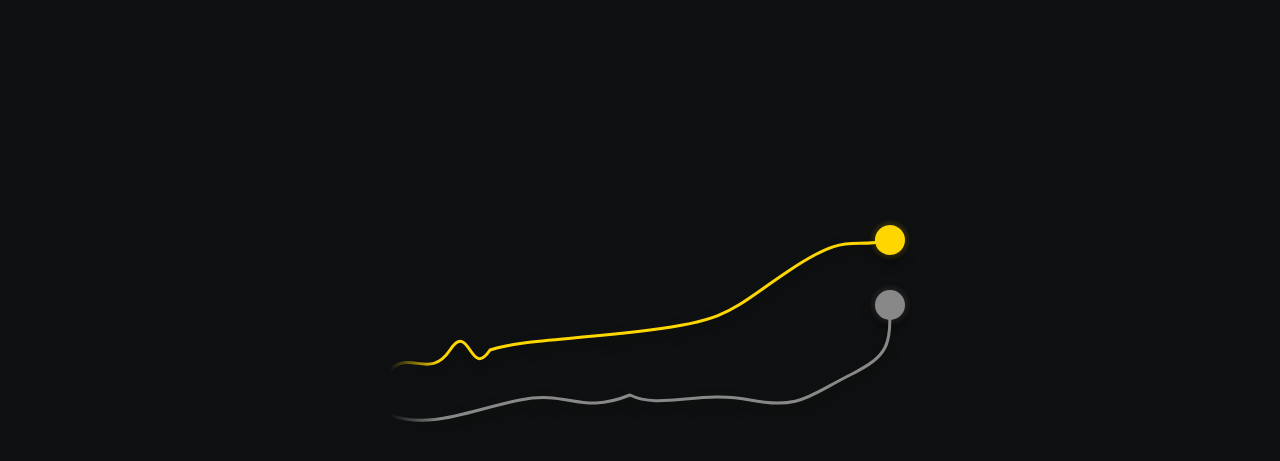
Repository: sujan0629/codelits-studio-new
Page: tesst.html
An editor plug-in stored every save of this project. The page is shown before and after the next save, followed by the edit.
The browser window is 1280 px wide. The pictures show the whole page.

Above is the page before, as saved 2025-07-09 19:04:20.

### tesst.html
<!DOCTYPE html>
<html lang="en">
<head>
  <meta charset="UTF-8" />
  <meta name="viewport" content="width=device-width, initial-scale=1" />
  <title>Graph with Snake Tail Taper Effect - Moving Balls as Markers</title>
  <style>
    body {
      margin: 0;
      background-color: #0F1011;
      display: flex;
      justify-content: center;
      align-items: center;
      height: 100vh;
    }

    svg {
      width: 600px;
      height: 300px;
      overflow: visible;
      filter: drop-shadow(0 6px 6px rgba(0,0,0,0.6));
    }

    .grey-line, .gold-line {
      stroke-width: 3;
      fill: none;
      stroke-linejoin: round;
      stroke-linecap: round;
      stroke-dasharray: 720;
      stroke-dashoffset: 720;
      animation: drawLine 5s forwards ease-in-out;
    }

    .grey-line {
      stroke: url(#greyGradient);
      transform: translateY(45px);
      marker-end: url(#greyMarker);
    }

    .gold-line {
      stroke: url(#goldGradient);
      marker-end: url(#goldMarker);
    }

    @keyframes drawLine {
      to {
        stroke-dashoffset: 0;
      }
    }
  </style>
</head>
<body>
  <svg viewBox="0 0 600 300" xmlns="http://www.w3.org/2000/svg">
    <defs>
      <!-- Gradients for glow -->
      <radialGradient id="glowGold" cx="50%" cy="50%" r="50%">
        <stop offset="0%" stop-color="#FFD700" stop-opacity="0.7" />
        <stop offset="100%" stop-color="#FFD700" stop-opacity="0" />
      </radialGradient>
      <radialGradient id="glowGrey" cx="50%" cy="50%" r="50%">
        <stop offset="0%" stop-color="#888888" stop-opacity="0.7" />
        <stop offset="100%" stop-color="#888888" stop-opacity="0" />
      </radialGradient>

      <!-- Stroke gradients -->
      <linearGradient id="goldGradient" x1="0" y1="0" x2="1" y2="0">
        <stop offset="0%" stop-color="#FFD700" stop-opacity="0" />
        <stop offset="10%" stop-color="#FFD700" stop-opacity="1" />
        <stop offset="100%" stop-color="#FFD700" stop-opacity="1" />
      </linearGradient>
      <linearGradient id="greyGradient" x1="0" y1="0" x2="1" y2="0">
        <stop offset="0%" stop-color="#888888" stop-opacity="0" />
        <stop offset="10%" stop-color="#888888" stop-opacity="1" />
        <stop offset="100%" stop-color="#888888" stop-opacity="1" />
      </linearGradient>

      <!-- Markers for the tip balls -->
      <marker id="goldMarker" markerWidth="20" markerHeight="20" refX="10" refY="10" orient="auto" overflow="visible">
        <circle cx="10" cy="10" r="5" fill="#FFD700" />
        <circle cx="10" cy="10" r="7" fill="url(#glowGold)" opacity="0.7" />
      </marker>

      <marker id="greyMarker" markerWidth="20" markerHeight="20" refX="10" refY="10" orient="auto" overflow="visible">
        <circle cx="10" cy="10" r="5" fill="#888888" />
        <circle cx="10" cy="10" r="7" fill="url(#glowGrey)" opacity="0.7" />
      </marker>
    </defs>

    <!-- Paths -->
    <path id="greyPath" class="grey-line" d="
      M50 160
      C90 175, 130 155, 180 145
      S240 160, 290 140
      C320 155, 360 135, 410 145
      S470 140, 510 120
      S550 90, 550 50
    " />

    <path id="goldPath" class="gold-line" d="
      M50 160
      C70 140, 90 170, 110 140
      S130 170, 150 140
      C180 130, 230 130, 310 120
      S390 100, 450 60
      S510 40, 550 30
    " />
  </svg>
</body>
</html>

After the next save:
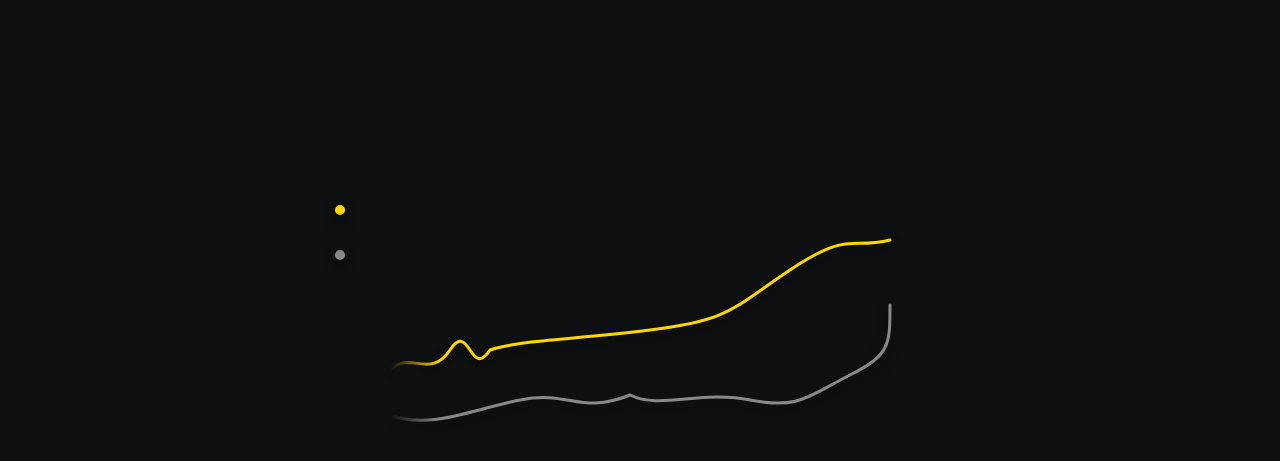
Saved 8 s later.
--- a/tesst.html
+++ b/tesst.html
@@ -3,7 +3,7 @@
 <head>
   <meta charset="UTF-8" />
   <meta name="viewport" content="width=device-width, initial-scale=1" />
-  <title>Graph with Snake Tail Taper Effect - Moving Balls as Markers</title>
+  <title>Graph with Snake Tail Taper Effect - Moving Balls</title>
   <style>
     body {
       margin: 0;
@@ -34,12 +34,10 @@
     .grey-line {
       stroke: url(#greyGradient);
       transform: translateY(45px);
-      marker-end: url(#greyMarker);
     }
 
     .gold-line {
       stroke: url(#goldGradient);
-      marker-end: url(#goldMarker);
     }
 
     @keyframes drawLine {
@@ -47,10 +45,24 @@
         stroke-dashoffset: 0;
       }
     }
+
+    .moving-ball {
+      r: 5;
+    }
+
+    .gold-glow {
+      fill: url(#glowGold);
+      opacity: 0.7;
+    }
+
+    .grey-glow {
+      fill: url(#glowGrey);
+      opacity: 0.7;
+    }
   </style>
 </head>
 <body>
-  <svg viewBox="0 0 600 300" xmlns="http://www.w3.org/2000/svg">
+  <svg viewBox="0 0 600 300">
     <defs>
       <!-- Gradients for glow -->
       <radialGradient id="glowGold" cx="50%" cy="50%" r="50%">
@@ -62,7 +74,7 @@
         <stop offset="100%" stop-color="#888888" stop-opacity="0" />
       </radialGradient>
 
-      <!-- Stroke gradients -->
+      <!-- Stroke gradient -->
       <linearGradient id="goldGradient" x1="0" y1="0" x2="1" y2="0">
         <stop offset="0%" stop-color="#FFD700" stop-opacity="0" />
         <stop offset="10%" stop-color="#FFD700" stop-opacity="1" />
@@ -73,17 +85,6 @@
         <stop offset="10%" stop-color="#888888" stop-opacity="1" />
         <stop offset="100%" stop-color="#888888" stop-opacity="1" />
       </linearGradient>
-
-      <!-- Markers for the tip balls -->
-      <marker id="goldMarker" markerWidth="20" markerHeight="20" refX="10" refY="10" orient="auto" overflow="visible">
-        <circle cx="10" cy="10" r="5" fill="#FFD700" />
-        <circle cx="10" cy="10" r="7" fill="url(#glowGold)" opacity="0.7" />
-      </marker>
-
-      <marker id="greyMarker" markerWidth="20" markerHeight="20" refX="10" refY="10" orient="auto" overflow="visible">
-        <circle cx="10" cy="10" r="5" fill="#888888" />
-        <circle cx="10" cy="10" r="7" fill="url(#glowGrey)" opacity="0.7" />
-      </marker>
     </defs>
 
     <!-- Paths -->
@@ -104,6 +105,30 @@
       S390 100, 450 60
       S510 40, 550 30
     " />
+
+    <!-- Gold ball -->
+    <circle class="moving-ball" fill="#FFD700">
+      <animateMotion dur="2s" repeatCount="1" fill="freeze">
+        <mpath href="#goldPath" />
+      </animateMotion>
+    </circle>
+    <circle class="moving-ball gold-glow">
+      <animateMotion dur="2s" repeatCount="1" fill="freeze">
+        <mpath href="#goldPath" />
+      </animateMotion>
+    </circle>
+
+    <!-- Grey ball -->
+    <circle class="moving-ball" fill="#888888" transform="translate(0, 45)">
+      <animateMotion dur="2s" repeatCount="1" fill="freeze">
+        <mpath href="#greyPath" />
+      </animateMotion>
+    </circle>
+    <circle class="moving-ball grey-glow" transform="translate(0, 45)">
+      <animateMotion dur="2s" repeatCount="1" fill="freeze">
+        <mpath href="#greyPath" />
+      </animateMotion>
+    </circle>
   </svg>
 </body>
 </html>
